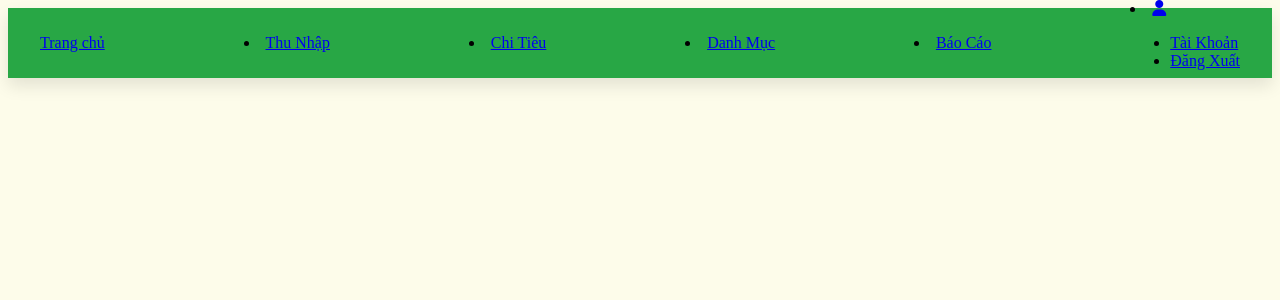
Repository: Dien973/expense_manager
Page: http://localhost/expense_manager/user_page/home.php
An editor plug-in stored every save of this project. The page is shown before and after the next save, followed by the edit.
The browser window is 1280 px wide. The pictures show the whole page.
The page is run by PHP 8.4 with error messages shown; the project is at /var/www/html/.

Above is the page before, as saved 2025-12-05 18:45:52.

### user_page/home.php
<?php

@include '../config.php';
session_start();
?>

<!DOCTYPE html>
<html lang="en">
<head>
    <meta charset="UTF-8">
   <meta http-equiv="X-UA-Compatible" content="IE=edge">
   <meta name="viewport" content="width=device-width, initial-scale=1.0">
   <title>Trang Chủ</title>

   <!-- font awesome cdn link  -->
   <link rel="stylesheet" href="https://cdnjs.cloudflare.com/ajax/libs/font-awesome/6.0.0/css/all.min.css">

   <!-- custom css file link  -->
   <link rel="stylesheet" href="../css/main.css">
   <link rel="stylesheet" href="../css/header.css">
</head>
<body>
    <?php @include 'header.php'; ?>
</body>
</html>

### config.php
<?php
// Kết nối đến cơ sở dữ liệu MySQL
$servername = "localhost";
$username = "root";
$password = "";
$dbname = "qly_chi_tieu";

// Tạo kết nối
$conn = mysqli_connect($servername, $username, $password, $dbname);

// Kiểm tra kết nối
if (!$conn) {
    die("Connection failed: " . mysqli_connect_error());
}
?>

### user_page/header.php
<?php
if(isset($message)){
   foreach($message as $message){
      echo '
      <div class="message">
         <span>'.$message.'</span>
         <i class="fas fa-times" onclick="this.parentElement.remove();"></i>
      </div>
      ';
   }
}
?>

<header class="header">

    <div class="flex">

        <a href="home.php" class="logo">Trang chủ</a>
        <li><a href="income.php">Thu Nhập </a></li>
        <li><a href="expense.php">Chi Tiêu</a></li>
        <li><a href="category.php">Danh Mục</a></li>
        <!--li><a href="budget.php">Ngân Sách</a></li-->
        <li><a href="report.php">Báo Cáo</a></li>
        <li class="dropdown">
            <a href="#" id="user-btn" class="fas fa-user"></a>
            <ul class="dropdown-menu">
                <li><a href="login.php">Tài Khoản</a></li>
                <li><a href="signup.php">Đăng Xuất</a></li>
            </ul>
        </li>


        <!--div class="icons">
            <a href="account_page.php" id="user-btn" class="fas fa-user"></a>
        </div-->



    </div>

</header>

### css/main.css
body {
  background-color: rgb(253, 252, 234);
}
/*----------FORM ĐĂNG NHẬP------------*/
.form-container {
  display: flex;
  align-items: center;
  justify-content: center;
  min-height: 100vh;
}

.form-container form {
  padding: 1.5rem;
  border-radius: 0.5rem;
  border: #000 solid 2px;
  background-color: #ffffff;
  box-shadow: 0 0.5rem 1rem rgba(0, 0, 0, 0.1);
  width: 50rem;
  text-align: center;
}

.form-container form h3 {
  font-size: 2.5rem;
  text-transform: uppercase;
  color: #000;
  margin-bottom: 1rem;
}

.form-container form .box {
  width: 100%;
  padding: 1.2rem 1.4rem;
  font-size: 1.8rem;
  color: #000;
  border: #000 solid 2px;
  background-color: #fff;
  margin: 1rem 0;
  border-radius: 0.5rem;
  position: relative;
}

.form-container form i {
  color: #000;
  font-size: 2.5rem;
  margin-right: 1rem;
}

.form-container form p,
.form-container form .forgot-pwd {
  margin-top: 1.5rem;
  font-size: 2rem;
  color: #666;
}

.form-container form p a,
.form-container form .forgot-pwd a {
  color: #9e9d9d;
}

.form-container form p a:hover,
.form-container form .forgot-pwd a:hover {
  color: #567bb2;
}

/*-- forgot password --*/
.form-container form .forgot-pwd {
  margin-top: 1rem;
  margin-bottom: 1rem;
  font-size: 2rem;
}

/*--- BUTTON ---*/
.btn {
  display: inline-block;
  border-radius: 0.5rem;
  margin-top: 1rem;
  font-size: 1.8rem;
  color: #494848;
  cursor: pointer;
  padding: 1rem 3rem;
  text-transform: capitalize;
}

.btn {
  background-color: rgb(243, 241, 200);
}

.btn:hover {
  background-color: rgb(255, 252, 212);
}

/* --- EYE TRONG Ô INPUT --- */

.form-container form .inpt {
  position: relative;
  display: flex;
  align-items: center;
}

.form-container form .inpt input.box {
  width: 100%;
  padding-right: 45px;
  box-sizing: border-box;
}

.form-container form .toggle-eye,
.form-container form .eye {
  position: absolute !important;
  right: 15px !important;
  top: 50% !important;
  transform: translateY(-50%) !important;
  font-size: 42px;
  cursor: pointer;
  color: #aaa;
  z-index: 10;
}

/*---------- THÔNG BÁO------------*/
.message-overlay {
  position: fixed;
  top: 0;
  left: 0;
  width: 100%;
  height: 100%;
  background: rgba(0, 0, 0, 0.5);
  display: flex;
  justify-content: center;
  align-items: center;
  z-index: 20000;
}

/* Hộp thông báo */
.message-box {
  background: #fff;
  padding: 2rem 3rem;
  border-radius: 10px;
  text-align: center;
  min-width: 350px;
  max-width: 80%;
  box-shadow: 0 10px 25px rgba(0, 0, 0, 0.3);
  position: relative;
  animation: popupShow 0.25s ease-out;
}

/* Nội dung */
.message-box span {
  font-size: 2rem;
  color: #000;
}

/* Icon đóng */
.message-box i {
  position: absolute;
  top: 10px;
  right: 12px;
  font-size: 2.2rem;
  color: #c0392b;
  cursor: pointer;
  transition: 0.2s;
}

.message-box i:hover {
  transform: rotate(90deg);
}

/* Animation hiển thị */
@keyframes popupShow {
  from {
    opacity: 0;
    transform: scale(0.8);
  }
  to {
    opacity: 1;
    transform: scale(1);
  }
}

### css/header.css
.header {
  position: sticky;
  top: 0;
  left: 0;
  right: 0;
  background-color: #28a745;
  z-index: 1000;
  box-shadow: 0 0.5rem 1rem rgba(0, 0, 0, 0.1);
}

.header .flex {
  margin: 0 auto;
  display: flex;
  align-items: center;
  justify-content: space-between;
  padding: 1.5rem 2rem;
  max-width: 1400px;
  position: relative;
  max-height: 3vh;
}
/*
.header .flex .logo {
  font-size: 2.5rem;
  color: #cfeadb;
}

.header .flex li {
  list-style: none;
  float: left;
  position: relative;
}

.header .flex li a {
  font-size: 2rem;
  padding: 1rem 1.5rem;
  display: block;
  color: #cfeadb;
  text-transform: capitalize;
}

.header .flex li a:hover {
  background-color: #28a745;
  color: #fff;
}

.header .flex li ul {
  position: absolute;
  left: 0;
  width: 15rem;
  background-color: #fff;
  animation: fadeIn 0.2s linear;
  display: none;
}

.header .flex li ul li {
  width: 100%;
}

.header .flex li:hover ul {
  display: inline-block;
  position: absolute;
  background-color: #28a745;
  width: 150px;
}

.header .flex .icons > * {
  font-size: 2.5rem;
  margin-left: 1rem;
  color: #000;
  cursor: pointer;
}

.header .flex .icons > *:hover {
  color: #3b3b98;
}

.header .flex .icons span {
  font-size: 2rem;
}

.header .flex .account-box {
  position: absolute;
  top: 120%;
  right: 2rem;
  background-color: #fff;
  border: solid 2px #000;
  text-align: center;
  box-shadow: 0 0.5rem 1rem rgba(0, 0, 0, 0.1);
  padding: 2rem;
  border-radius: 0.5rem;
  width: 33rem;
  display: none;
  animation: fadeIn 0.2s linear;
}

.header .flex .account-box.active {
  display: block;
}

.header .flex .account-box p {
  padding-bottom: 1rem;
  font-size: 2rem;
  color: #666;
  line-height: 1.5;
}

.header .flex .account-box p span {
  color: #3b3b98;
}

.header .flex .account-box .delete-btn {
  margin-top: 0.5rem;
}

/*----------------------------------------*
.header .flex {
  padding: 2rem;
}

.header .flex .navbar ul li {
  width: 100%;
  padding: 0.5rem;
}

.header .flex li ul {
  position: static;
  width: 100%;
  animation: none;
  background-color: var(--light-bg);
}

.header .flex li ul li {
  padding-left: 2rem;
}
*/

After the next save:
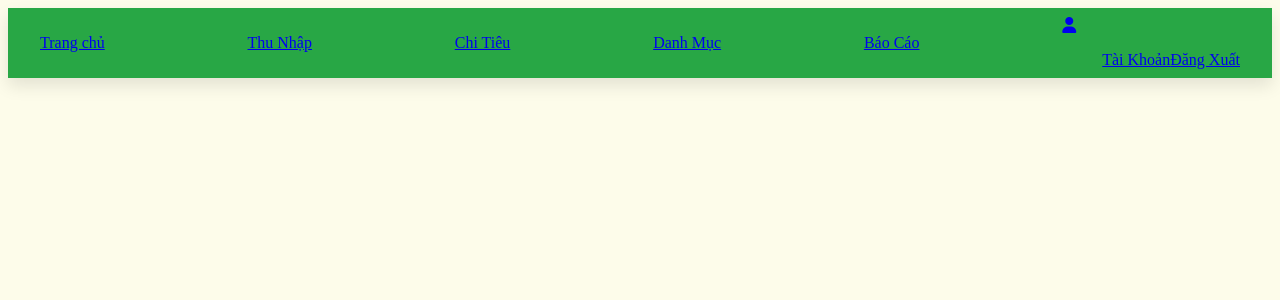
Saved 29 s later.
--- a/css/header.css
+++ b/css/header.css
@@ -18,17 +18,20 @@
   position: relative;
   max-height: 3vh;
 }
+
+.header .flex li {
+  list-style: none;
+  float: left;
+  position: relative;
+}
+
 /*
 .header .flex .logo {
   font-size: 2.5rem;
   color: #cfeadb;
 }
 
-.header .flex li {
-  list-style: none;
-  float: left;
-  position: relative;
-}
+
 
 .header .flex li a {
   font-size: 2rem;
